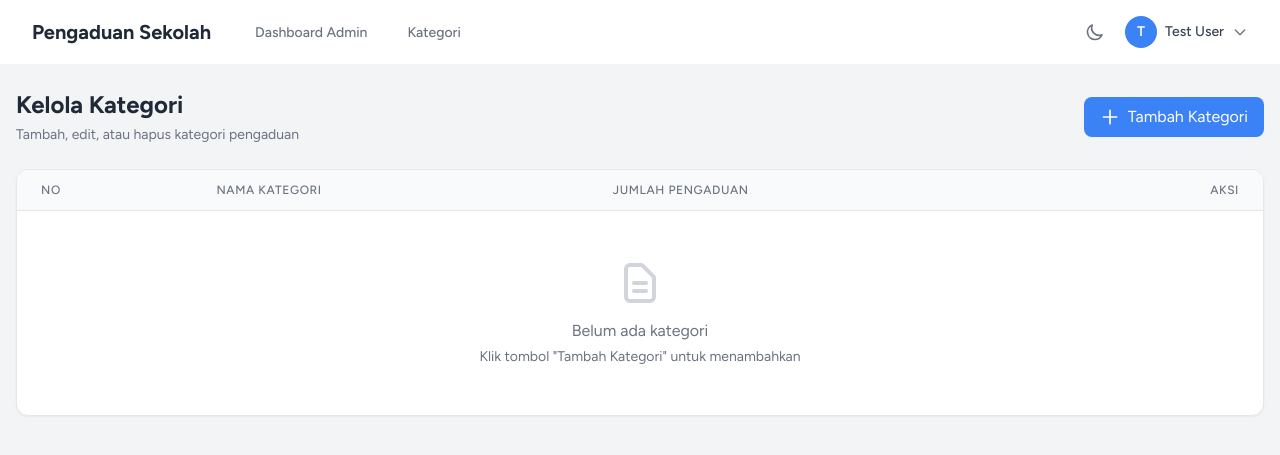
Repository: ikhwan1227/sistem-pengaduan-sekolah
Page: http://localhost/admin/categories
An editor plug-in stored every save of this project. The page is shown before and after the next save, followed by the edit.
The browser window is 1280 px wide. The pictures show the whole page.
The page is served by the project's Laravel application, run on PHP 8.4 with Laravel 12. A made-up administrator, Test User (test@example.com), is signed in. Other server files are loaded and not shown. Style sheets and scripts are compiled from the project's sources, by tool versions that may differ from the author's. Queries for data that is not in the repository find no rows.

Above is the page before, as saved 2026-05-06 20:20:02.

### routes/web.php
<?php

use App\Http\Controllers\ProfileController;
use Illuminate\Support\Facades\Route;
use App\Http\Controllers\ComplaintController;
use App\Http\Controllers\AdminController;
use App\Http\Controllers\StudentDashboardController;
use App\Http\Controllers\CategoryController;

Route::get('/', function () {
    return view('welcome');
});

Route::get('/dashboard', function () {
    if(auth()->user()->role == 'admin'){
        return redirect('/admin');
    }
    return redirect('/student/dashboard');
})->middleware(['auth'])->name('dashboard');

Route::middleware('auth')->group(function () {
    Route::get('/profile', [ProfileController::class, 'edit'])->name('profile.edit');
    Route::patch('/profile', [ProfileController::class, 'update'])->name('profile.update');
    Route::delete('/profile', [ProfileController::class, 'destroy'])->name('profile.destroy');
});

// ============ ROUTE UNTUK SISWA ============
Route::middleware(['auth', 'role:siswa'])->group(function () {
    // Dashboard Student
    Route::get('/student/dashboard', [StudentDashboardController::class, 'index'])->name('student.dashboard');

    // Tips
    Route::get('/student/tips', function () {
        return view('student.tips');
    })->name('student.tips');

    // Complaint
    Route::get('/complaint', [ComplaintController::class, 'index'])->name('complaint.index');
    Route::post('/complaint', [ComplaintController::class, 'store'])->name('complaint.store');
    // route history menjadi redirect ke index
    // Route untuk histori - redirect ke index dengan tab histori
    Route::get('/complaint/history', function () {
        return redirect()->to('/complaint#histori');
    })->name('complaint.history');
    Route::post('/complaint/draft', [ComplaintController::class, 'saveDraft'])->name('complaint.draft');
    Route::get('/complaint/draft/{id}/edit', [ComplaintController::class, 'editDraft'])->name('complaint.edit.draft');
    Route::delete('/complaint/draft/{id}', [ComplaintController::class, 'deleteDraft'])->name('complaint.delete.draft');
    Route::get('/student/tips', function () {
        return view('student.tips');
    })->name('student.tips');
});

// ============ ROUTE UNTUK ADMIN ============
Route::middleware(['auth', 'role:admin'])->group(function () {
    Route::get('/admin', [AdminController::class, 'index'])->name('admin.index');
    Route::post('/admin/status/{id}', [AdminController::class, 'updateStatus']);
    Route::post('/admin/feedback/{id}', [AdminController::class, 'feedback']);
    Route::delete('/admin/delete/{id}', [AdminController::class, 'destroy']);

    // ROUTE KATEGORI (BARU)
    Route::get('/admin/categories', [CategoryController::class, 'index'])->name('admin.categories');
    Route::post('/admin/categories', [CategoryController::class, 'store'])->name('admin.categories.store');
    Route::put('/admin/categories/{id}', [CategoryController::class, 'update'])->name('admin.categories.update');
    Route::delete('/admin/categories/{id}', [CategoryController::class, 'destroy'])->name('admin.categories.destroy');
});



require __DIR__.'/auth.php';

### app/Models/User.php
<?php

namespace App\Models;

// use Illuminate\Contracts\Auth\MustVerifyEmail;
use Database\Factories\UserFactory;
use Illuminate\Database\Eloquent\Attributes\Fillable;
use Illuminate\Database\Eloquent\Attributes\Hidden;
use Illuminate\Database\Eloquent\Factories\HasFactory;
use Illuminate\Foundation\Auth\User as Authenticatable;
use Illuminate\Notifications\Notifiable;

#[Fillable(['name', 'email', 'password', 'role'])]
#[Hidden(['password', 'remember_token'])]
class User extends Authenticatable
{
    /** @use HasFactory<UserFactory> */
    use HasFactory, Notifiable;

    /**
     * Get the attributes that should be cast.
     *
     * @return array<string, string>
     */
    protected function casts(): array
    {
        return [
            'email_verified_at' => 'datetime',
            'password' => 'hashed',
        ];
    }

     public function isAdmin()
    {
        return $this->role === 'admin';
    }

    public function isSiswa()
    {
        return $this->role === 'siswa';
    }
}

### app/Http/Controllers/CategoryController.php
<?php

namespace App\Http\Controllers;

use App\Models\Category;
use Illuminate\Http\Request;

class CategoryController extends Controller
{
    /**
     * Display a listing of the categories.
     */
    public function index()
    {
        $categories = Category::all();
        return view('admin.categories.index', compact('categories'));
    }

    /**
     * Store a newly created category in storage.
     */
    public function store(Request $request)
    {
        $request->validate([
            'nama_kategori' => 'required|string|max:255|unique:categories,nama_kategori'
        ], [
            'nama_kategori.required' => 'Nama kategori wajib diisi',
            'nama_kategori.unique' => 'Kategori sudah ada'
        ]);

        Category::create([
            'nama_kategori' => $request->nama_kategori
        ]);

        return redirect()->route('admin.categories')
            ->with('success', 'Kategori berhasil ditambahkan');
    }

    /**
     * Update the specified category in storage.
     */
    public function update(Request $request, $id)
    {
        $category = Category::findOrFail($id);

        $request->validate([
            'nama_kategori' => 'required|string|max:255|unique:categories,nama_kategori,' . $id
        ], [
            'nama_kategori.required' => 'Nama kategori wajib diisi',
            'nama_kategori.unique' => 'Kategori sudah ada'
        ]);

        $category->update([
            'nama_kategori' => $request->nama_kategori
        ]);

        return redirect()->route('admin.categories')
            ->with('success', 'Kategori berhasil diupdate');
    }

    /**
     * Remove the specified category from storage.
     */
    public function destroy($id)
    {
        $category = Category::findOrFail($id);

        // Cek apakah kategori sedang digunakan
        $complaintCount = $category->complaints()->count();
        if ($complaintCount > 0) {
            return redirect()->route('admin.categories')
                ->with('error', 'Kategori tidak bisa dihapus karena masih digunakan oleh ' . $complaintCount . ' pengaduan');
        }

        $category->delete();

        return redirect()->route('admin.categories')
            ->with('success', 'Kategori berhasil dihapus');
    }
}

### app/Models/Category.php
<?php

namespace App\Models;

use Illuminate\Database\Eloquent\Model;

class Category extends Model
{
    protected $fillable = [
        'nama_kategori'
    ];

    // Relasi ke Complaint
    public function complaints()
    {
        return $this->hasMany(Complaint::class);
    }
}

### resources/views/admin/categories/index.blade.php
@extends('layouts.app')

@section('content')
<div class="max-w-7xl mx-auto px-4 py-6">

    {{-- Header --}}
    <div class="mb-6">
        <div class="flex justify-between items-center">
            <div>
                <h1 class="text-2xl font-bold text-gray-800 dark:text-white">Kelola Kategori</h1>
                <p class="text-sm text-gray-500 dark:text-gray-400 mt-1">Tambah, edit, atau hapus kategori pengaduan</p>
            </div>
            <button onclick="document.getElementById('createModal').classList.remove('hidden')"
                    class="bg-blue-500 hover:bg-blue-600 text-white px-4 py-2 rounded-lg flex items-center gap-2 transition">
                <svg class="w-5 h-5" fill="none" viewBox="0 0 24 24" stroke="currentColor">
                    <path stroke-linecap="round" stroke-linejoin="round" stroke-width="2" d="M12 4v16m8-8H4" />
                </svg>
                Tambah Kategori
            </button>
        </div>
    </div>

    {{-- Alert Success --}}
    @if(session('success'))
        <div class="mb-4 bg-green-100 border-l-4 border-green-500 text-green-700 p-4 rounded shadow">
            {{ session('success') }}
        </div>
    @endif

    {{-- Alert Error dengan Auto Dismiss --}}
    @if(session('error'))
        <div id="error-alert" class="mb-4 bg-red-100 border-l-4 border-red-500 text-red-700 p-4 rounded shadow relative transition-all duration-500">
            <div class="flex items-center justify-between">
                <div class="flex items-center gap-2">
                    <svg class="w-5 h-5" fill="none" viewBox="0 0 24 24" stroke="currentColor">
                        <path stroke-linecap="round" stroke-linejoin="round" stroke-width="2" d="M12 8v4m0 4h.01M21 12a9 9 0 11-18 0 9 9 0 0118 0z" />
                    </svg>
                    <span>{{ session('error') }}</span>
                </div>
                <button onclick="closeAlert('error-alert')" class="text-red-700 hover:text-red-900">
                    &times;
                </button>
            </div>
            {{-- Progress bar yang menunjukkan waktu hilang --}}
            <div class="absolute bottom-0 left-0 h-1 bg-red-500 rounded-b-lg" style="width: 100%; animation: shrink 5s linear forwards;"></div>
        </div>
    @endif

    {{-- Alert Success dengan Auto Dismiss --}}
    @if(session('success'))
        <div id="success-alert" class="mb-4 bg-green-100 border-l-4 border-green-500 text-green-700 p-4 rounded shadow relative transition-all duration-500">
            <div class="flex items-center justify-between">
                <div class="flex items-center gap-2">
                    <svg class="w-5 h-5" fill="none" viewBox="0 0 24 24" stroke="currentColor">
                        <path stroke-linecap="round" stroke-linejoin="round" stroke-width="2" d="M9 12l2 2 4-4m6 2a9 9 0 11-18 0 9 9 0 0118 0z" />
                    </svg>
                    <span>{{ session('success') }}</span>
                </div>
                <button onclick="closeAlert('success-alert')" class="text-green-700 hover:text-green-900">
                    &times;
                </button>
            </div>
            {{-- Progress bar --}}
            <div class="absolute bottom-0 left-0 h-1 bg-green-500 rounded-b-lg" style="width: 100%; animation: shrink 3s linear forwards;"></div>
        </div>
    @endif

    {{-- Tabel Kategori --}}
    <div class="bg-white dark:bg-gray-800 rounded-xl shadow-sm border border-gray-200 dark:border-gray-700 overflow-hidden">
        <table class="min-w-full divide-y divide-gray-200 dark:divide-gray-700">
            <thead class="bg-gray-50 dark:bg-gray-700/50">
                <tr>
                    <th class="px-6 py-3 text-left text-xs font-medium text-gray-500 dark:text-gray-400 uppercase tracking-wider">No</th>
                    <th class="px-6 py-3 text-left text-xs font-medium text-gray-500 dark:text-gray-400 uppercase tracking-wider">Nama Kategori</th>
                    <th class="px-6 py-3 text-left text-xs font-medium text-gray-500 dark:text-gray-400 uppercase tracking-wider">Jumlah Pengaduan</th>
                    <th class="px-6 py-3 text-right text-xs font-medium text-gray-500 dark:text-gray-400 uppercase tracking-wider">Aksi</th>
                </tr>
            </thead>
            <tbody class="divide-y divide-gray-200 dark:divide-gray-700">
                @forelse($categories as $index => $category)
                <tr class="hover:bg-gray-50 dark:hover:bg-gray-700/30 transition">
                    <td class="px-6 py-4 whitespace-nowrap text-sm text-gray-600 dark:text-gray-400">{{ $index + 1 }}</td>
                    <td class="px-6 py-4 whitespace-nowrap text-sm font-medium text-gray-800 dark:text-white">{{ $category->nama_kategori }}</td>
                    <td class="px-6 py-4 whitespace-nowrap text-sm text-gray-500 dark:text-gray-400">
                        <span class="px-2 py-1 rounded-full bg-blue-100 text-blue-700 text-xs">
                            {{ $category->complaints()->count() }} pengaduan
                        </span>
                    </td>
                    <td class="px-6 py-4 whitespace-nowrap text-right text-sm font-medium">
                        <button onclick="editCategory({{ $category->id }}, '{{ $category->nama_kategori }}')"
                                class="text-blue-600 hover:text-blue-800 dark:text-blue-400 mr-3">
                            <svg class="w-5 h-5 inline" fill="none" viewBox="0 0 24 24" stroke="currentColor">
                                <path stroke-linecap="round" stroke-linejoin="round" stroke-width="2" d="M11 5H6a2 2 0 00-2 2v11a2 2 0 002 2h11a2 2 0 002-2v-5m-1.414-9.414a2 2 0 112.828 2.828L11.828 15H9v-2.828l8.586-8.586z" />
                            </svg>
                        </button>
                        <button onclick="deleteCategory({{ $category->id }}, '{{ $category->nama_kategori }}')"
                                class="text-red-600 hover:text-red-800 dark:text-red-400">
                            <svg class="w-5 h-5 inline" fill="none" viewBox="0 0 24 24" stroke="currentColor">
                                <path stroke-linecap="round" stroke-linejoin="round" stroke-width="2" d="M19 7l-.867 12.142A2 2 0 0116.138 21H7.862a2 2 0 01-1.995-1.858L5 7m5 4v6m4-6v6m1-10V4a1 1 0 00-1-1h-4a1 1 0 00-1 1v3M4 7h16" />
                            </svg>
                        </button>
                    </td>
                </tr>
                @empty
                <tr>
                    <td colspan="4" class="px-6 py-12 text-center text-gray-500 dark:text-gray-400">
                        <svg class="w-12 h-12 mx-auto mb-3 text-gray-300" fill="none" viewBox="0 0 24 24" stroke="currentColor">
                            <path stroke-linecap="round" stroke-linejoin="round" stroke-width="2" d="M9 12h6m-6 4h6m2 5H7a2 2 0 01-2-2V5a2 2 0 012-2h5.586a1 1 0 01.707.293l5.414 5.414a1 1 0 01.293.707V19a2 2 0 01-2 2z" />
                        </svg>
                        <p>Belum ada kategori</p>
                        <p class="text-sm mt-1">Klik tombol "Tambah Kategori" untuk menambahkan</p>
                    </td>
                </tr>
                @endforelse
            </tbody>
        </table>
    </div>
</div>

{{-- Modal Tambah Kategori --}}
<div id="createModal" class="fixed inset-0 bg-black/50 flex items-center justify-center z-50 hidden">
    <div class="bg-white dark:bg-gray-800 rounded-xl shadow-xl w-full max-w-md p-6">
        <div class="flex justify-between items-center mb-4">
            <h2 class="text-xl font-bold text-gray-800 dark:text-white">Tambah Kategori</h2>
            <button onclick="document.getElementById('createModal').classList.add('hidden')" class="text-gray-400 hover:text-gray-600">
                <svg class="w-6 h-6" fill="none" viewBox="0 0 24 24" stroke="currentColor">
                    <path stroke-linecap="round" stroke-linejoin="round" stroke-width="2" d="M6 18L18 6M6 6l12 12" />
                </svg>
            </button>
        </div>
        <form action="{{ route('admin.categories.store') }}" method="POST">
            @csrf
            <div class="mb-4">
                <label class="block text-sm font-medium text-gray-700 dark:text-gray-300 mb-1">Nama Kategori</label>
                <input type="text" name="nama_kategori" class="w-full border border-gray-300 dark:border-gray-600 dark:bg-gray-700 dark:text-white rounded-lg p-2 focus:ring-2 focus:ring-blue-500" placeholder="Contoh: Fasilitas Belajar" required>
            </div>
            <div class="flex justify-end gap-3">
                <button type="button" onclick="document.getElementById('createModal').classList.add('hidden')" class="px-4 py-2 bg-gray-300 hover:bg-gray-400 text-gray-700 rounded-lg">Batal</button>
                <button type="submit" class="px-4 py-2 bg-blue-500 hover:bg-blue-600 text-white rounded-lg">Simpan</button>
            </div>
        </form>
    </div>
</div>

{{-- Modal Edit Kategori --}}
<div id="editModal" class="fixed inset-0 bg-black/50 flex items-center justify-center z-50 hidden">
    <div class="bg-white dark:bg-gray-800 rounded-xl shadow-xl w-full max-w-md p-6">
        <div class="flex justify-between items-center mb-4">
            <h2 class="text-xl font-bold text-gray-800 dark:text-white">Edit Kategori</h2>
            <button onclick="document.getElementById('editModal').classList.add('hidden')" class="text-gray-400 hover:text-gray-600">
                <svg class="w-6 h-6" fill="none" viewBox="0 0 24 24" stroke="currentColor">
                    <path stroke-linecap="round" stroke-linejoin="round" stroke-width="2" d="M6 18L18 6M6 6l12 12" />
                </svg>
            </button>
        </div>
        <form id="editForm" method="POST">
            @csrf
            @method('PUT')
            <div class="mb-4">
                <label class="block text-sm font-medium text-gray-700 dark:text-gray-300 mb-1">Nama Kategori</label>
                <input type="text" id="edit_nama_kategori" name="nama_kategori" class="w-full border border-gray-300 dark:border-gray-600 dark:bg-gray-700 dark:text-white rounded-lg p-2 focus:ring-2 focus:ring-blue-500" required>
            </div>
            <div class="flex justify-end gap-3">
                <button type="button" onclick="document.getElementById('editModal').classList.add('hidden')" class="px-4 py-2 bg-gray-300 hover:bg-gray-400 text-gray-700 rounded-lg">Batal</button>
                <button type="submit" class="px-4 py-2 bg-blue-500 hover:bg-blue-600 text-white rounded-lg">Update</button>
            </div>
        </form>
    </div>
</div>

{{-- Modal Hapus Kategori --}}
<div id="deleteModal" class="fixed inset-0 bg-black/50 flex items-center justify-center z-50 hidden">
    <div class="bg-white dark:bg-gray-800 rounded-xl shadow-xl w-full max-w-md p-6">
        <div class="flex justify-between items-center mb-4">
            <h2 class="text-xl font-bold text-red-600 dark:text-red-400">Hapus Kategori</h2>
            <button onclick="document.getElementById('deleteModal').classList.add('hidden')" class="text-gray-400 hover:text-gray-600">
                <svg class="w-6 h-6" fill="none" viewBox="0 0 24 24" stroke="currentColor">
                    <path stroke-linecap="round" stroke-linejoin="round" stroke-width="2" d="M6 18L18 6M6 6l12 12" />
                </svg>
            </button>
        </div>
        <p class="text-gray-600 dark:text-gray-300 mb-4">Apakah Anda yakin ingin menghapus kategori <strong id="delete_category_name"></strong>?</p>
        <form id="deleteForm" method="POST">
            @csrf
            @method('DELETE')
            <div class="flex justify-end gap-3">
                <button type="button" onclick="document.getElementById('deleteModal').classList.add('hidden')" class="px-4 py-2 bg-gray-300 hover:bg-gray-400 text-gray-700 rounded-lg">Batal</button>
                <button type="submit" class="px-4 py-2 bg-red-500 hover:bg-red-600 text-white rounded-lg">Hapus</button>
            </div>
        </form>
    </div>
</div>

<script>
    function editCategory(id, name) {
        document.getElementById('edit_nama_kategori').value = name;
        document.getElementById('editForm').action = '/admin/categories/' + id;
        document.getElementById('editModal').classList.remove('hidden');
    }

    function deleteCategory(id, name) {
        document.getElementById('delete_category_name').innerText = name;
        document.getElementById('deleteForm').action = '/admin/categories/' + id;
        document.getElementById('deleteModal').classList.remove('hidden');
    }
</script>
@endsection

Loaded but not shown: routes/auth.php (common file); app/Http/Controllers/Auth/EmailVerificationPromptController.php (common file); app/Http/Controllers/Controller.php (common file); app/Http/Controllers/Auth/VerifyEmailController.php (common file); resources/css/app.css (common file); resources/js/app.js (common file); resources/js/bootstrap.js (common file); tailwind.config.js (23 lines, source omitted); resources/views/layouts/app.blade.php (113 lines, source omitted)

After the next save:
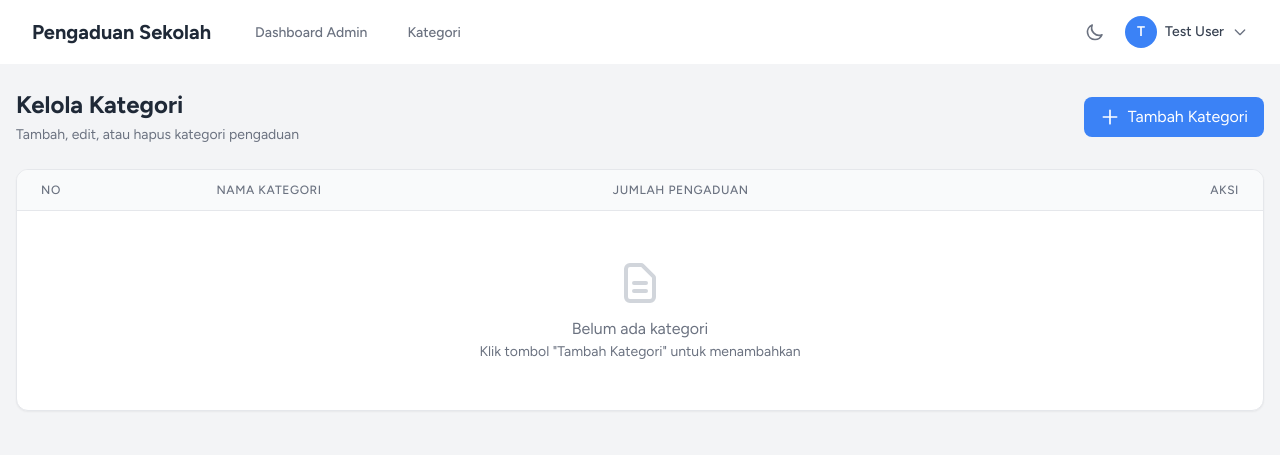
Saved 81 s later.
--- a/resources/views/admin/categories/index.blade.php
+++ b/resources/views/admin/categories/index.blade.php
@@ -1,4 +1,20 @@
 @extends('layouts.app')
+<style>
+    @keyframes shrink {
+        from {
+            width: 100%;
+        }
+        to {
+            width: 0%;
+        }
+    }
+
+    /* Animasi fade out */
+    .fade-out {
+        opacity: 0;
+        transform: translateY(-10px);
+    }
+</style>
 
 @section('content')
 <div class="max-w-7xl mx-auto px-4 py-6">
